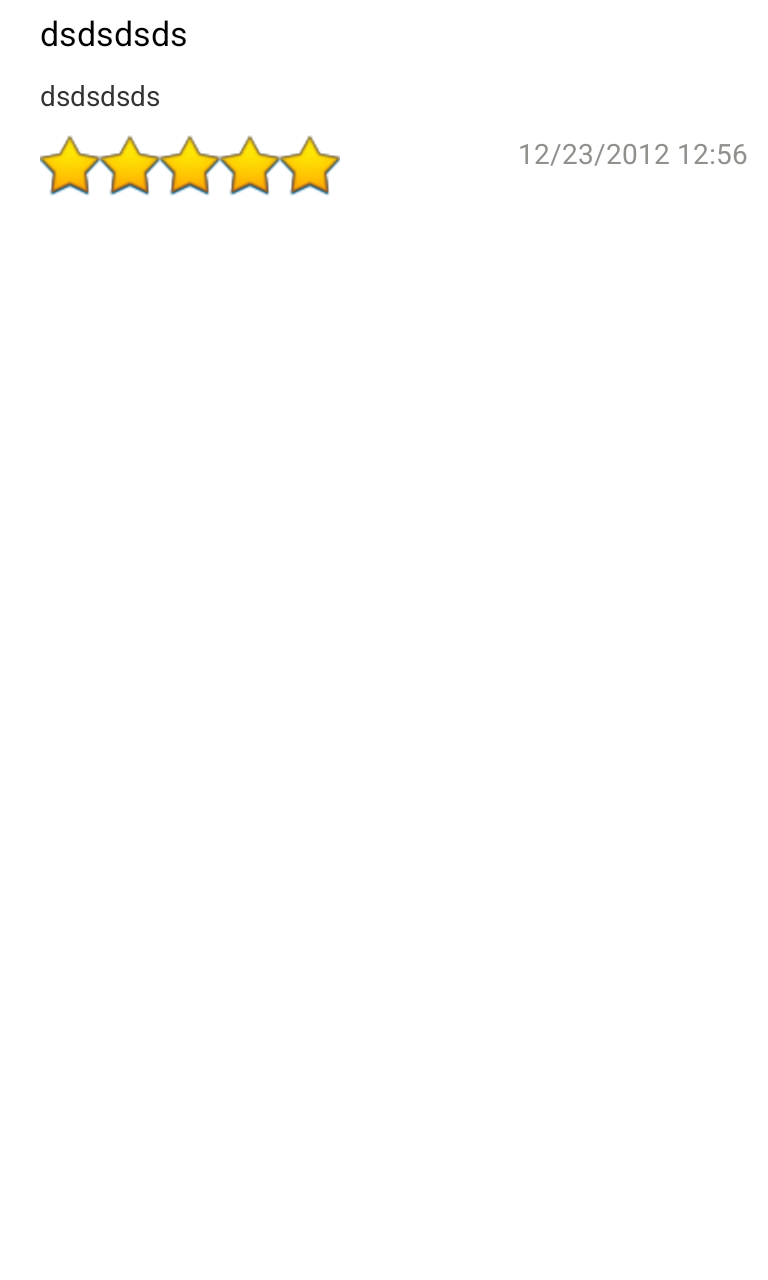
Repository: verma171/MyWork
Layout: whereto/res/layout/review_item.xml
The author's editor kept a copy of each file at every save. The layout is drawn from the files as they stood at one save, then again after the next save.
It is drawn on a 768 x 1280 px phone screen (xhdpi) without system bars, with theme AppTheme; the app's code is not run.

Above is the layout before, as saved 2014-06-29 13:27:15.

After the next save:
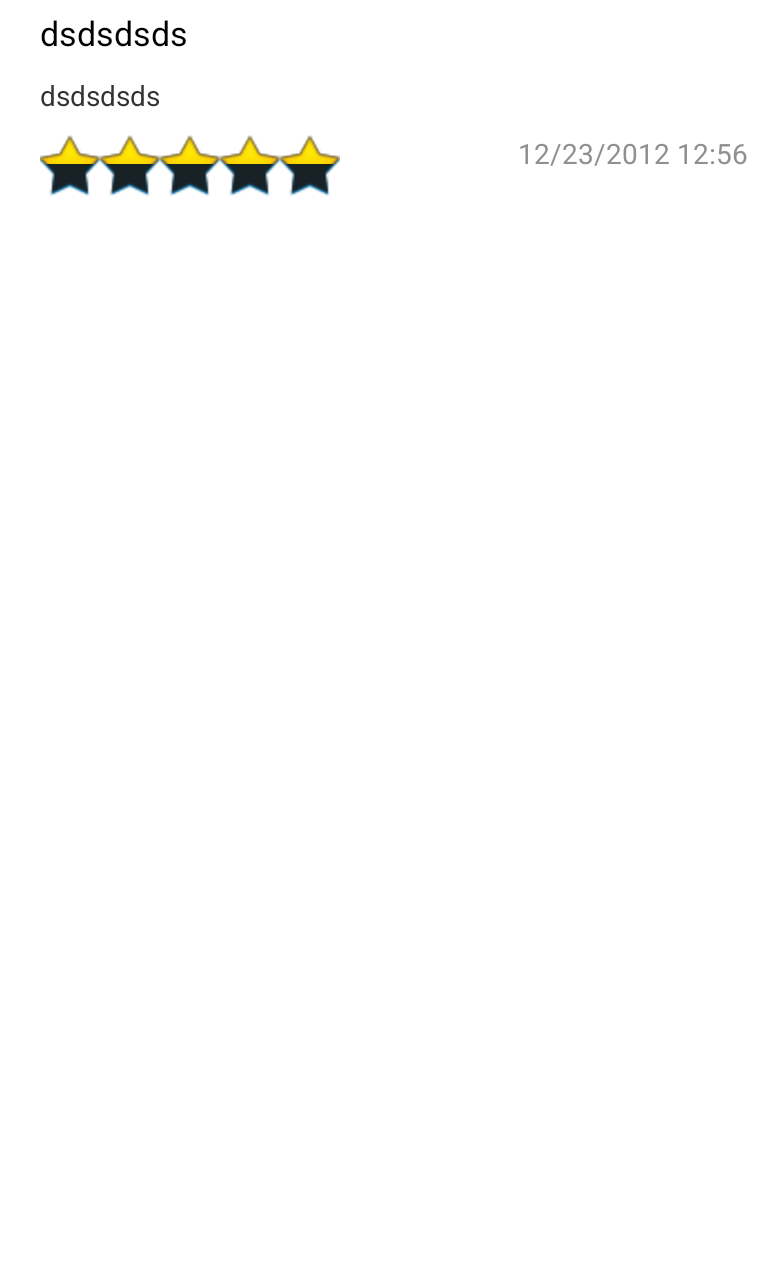
Saved 12 min 2 s later.
--- a/whereto/res/layout/review_item.xml
+++ b/whereto/res/layout/review_item.xml
@@ -43,7 +43,7 @@
        <ImageView
            android:id="@+id/imageViewGold"
            android:layout_width="wrap_content"
-           android:layout_height="wrap_content"
+           android:layout_height="20dp"
            android:layout_gravity="left"
            android:layout_marginLeft="20dp"
            android:scaleType="matrix"
